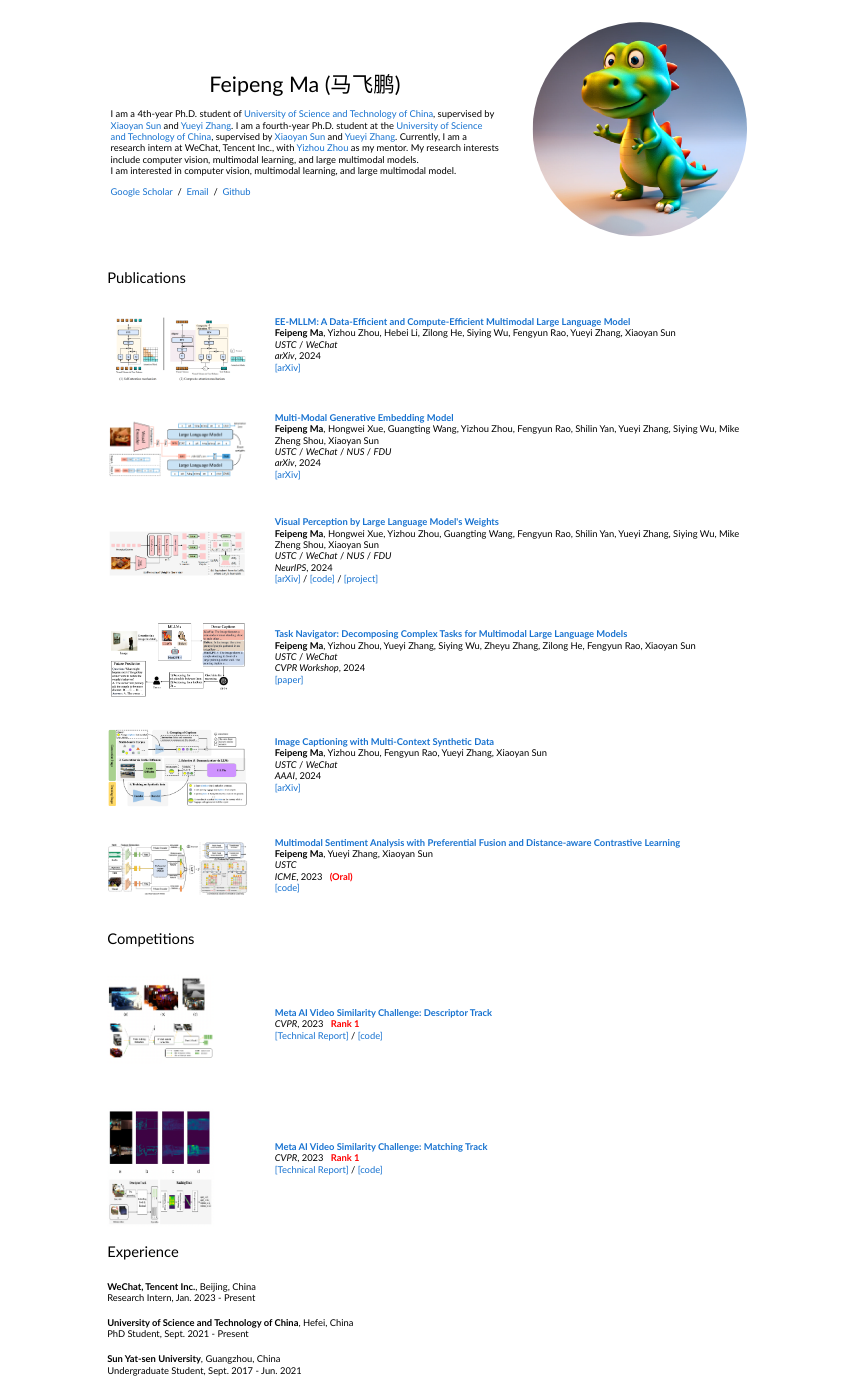
Repository: FeipengMa6/FeipengMa6.github.io
Page: index.html
These files come from the project's save history. The page is drawn as it stood at one moment and after a run of saves; the edit follows.
The browser window is 1280 px wide. The pictures show the whole page, at 67% of full size.

Above is the page before, as saved 2024-10-11 17:57:37.

### index.html
<!DOCTYPE HTML>
<html lang="en">
  <head>
    <meta http-equiv="Content-Type" content="text/html; charset=UTF-8">
    <title>Feipeng Ma</title>
    <meta name="viewport" content="width=device-width, initial-scale=1">
    <link rel="stylesheet" type="text/css" href="stylesheet.css">
  </head>

  <body>
    <table style="width:100%;max-width:1000px;border:0px;border-spacing:0px;border-collapse:separate;margin-right:auto;margin-left:auto;"><tbody>
      <tr style="padding:0px">
        <td style="padding:0px">
          <table style="width:100%;border:0px;border-spacing:0px;border-collapse:separate;margin-right:auto;margin-left:auto;"><tbody>
            <tr style="padding:0px">
              <td style="padding:2.5%;width:63%;vertical-align:middle">
                <p class="name" style="text-align: center;">
                  Feipeng Ma (马飞鹏)
                </p>
                <p>
                I am a 4th-year Ph.D. student of <a href="https://en.ustc.edu.cn/">University of Science and Technology of China</a>, supervised by <a href="https://scholar.google.com/citations?user=VRG3dw4AAAAJ&hl=zh-CN">Xiaoyan Sun</a> and <a href="https://scholar.google.com/citations?user=LatWlFAAAAAJ&hl=zh-CN&oi=ao">Yueyi Zhang</a>.
                I am a fourth-year Ph.D. student at the <a href="https://en.ustc.edu.cn/">University of Science and Technology of China</a>, supervised by <a href="https://scholar.google.com/citations?user=VRG3dw4AAAAJ&hl=zh-CN">Xiaoyan Sun</a> and <a href="https://scholar.google.com/citations?user=LatWlFAAAAAJ&hl=zh-CN&oi=ao">Yueyi Zhang</a>. Currently, I am a research intern at WeChat, Tencent Inc., with <a href="https://scholar.google.com/citations?user=dHBNmSkAAAAJ&hl=zh-CN&oi=ao">Yizhou Zhou</a> as my mentor. My research interests include computer vision, multimodal learning, and large multimodal models.
                <br>
                I am interested in computer vision, multimodal learning, and large multimodal model.
                </p>
                <p style="text-align:left">
                  <a href="https://scholar.google.com/citations?user=ZDxabCwAAAAJ&hl=zh-CN&oi=ao">Google Scholar</a> &nbsp;/&nbsp;
                  <a href="mafp@mail.ustc.edu.cn">Email</a> &nbsp;/&nbsp;
                  <a href="https://github.com/FeipengMa6/">Github</a>
                </p>
              </td>
              <td style="padding:2.5%;width:40%;max-width:40%">
                <a href="images/feipengma.jpeg"><img style="width:100%;max-width:100%;object-fit: cover; border-radius: 50%;" alt="profile photo" src="images/dino.png" class="hoverZoomLink"></a>
              </td>
            </tr>
          </tbody></table>
          <table style="width:100%;border:0px;border-spacing:0px;border-collapse:separate;margin-right:auto;margin-left:auto;"><tbody>
              <tr>
              <td style="padding:20px;width:100%;vertical-align:middle">
                <h2>Publications</h2>
              </td>
            </tr>
          </tbody></table>
          <table style="width:100%;border:0px;border-spacing:0px;border-collapse:separate;margin-right:auto;margin-left:auto;"><tbody>

    <!-- EE-MLLM -->
    <tr>
      <td style="padding:20px;width:25%;vertical-align:middle">
        <div class="one;">
          <img src='images/EE-MLLM.png' width=100%; height="auto">
        </div>
      </td>
      <td style="padding:20px;width:75%;vertical-align:middle">
        <a href="https://arxiv.org/pdf/2408.11795">
          <span class="papertitle">EE-MLLM: A Data-Efficient and Compute-Efficient Multimodal Large Language Model</span>
        </a>
        <br>
        <strong>Feipeng Ma</strong>,
        Yizhou Zhou, Hebei Li, Zilong He, Siying Wu,
        Fengyun Rao, Yueyi Zhang, Xiaoyan Sun
        <br>
        <em>USTC</em> / <em>WeChat</em>
        <br>
        <em>arXiv</em>, 2024
        <br>
        <a href="https://arxiv.org/pdf/2408.11795">[arXiv]</a>
        <p></p>
      </td>
    </tr>

    <!-- MM-GEM -->
    <tr>
      <td style="padding:20px;width:25%;vertical-align:middle">
        <div class="one;">
          <img src='images/mm-gem.png' width=100%; height="auto">
        </div>
      </td>
      <td style="padding:20px;width:75%;vertical-align:middle">
        <a href="https://arxiv.org/pdf/2405.19333">
          <span class="papertitle">Multi-Modal Generative Embedding Model</span>
        </a>
        <br>
        <strong>Feipeng Ma</strong>,
        Hongwei Xue, Guangting Wang, Yizhou Zhou, Fengyun Rao, Shilin Yan, Yueyi Zhang, Siying Wu, Mike Zheng Shou, Xiaoyan Sun
        <br>
        <em>USTC</em> / <em>WeChat</em> / <em>NUS</em> / <em>FDU</em>
        <br>
        <em>arXiv</em>, 2024
        <br>
        <a href="https://arxiv.org/pdf/2405.19333">[arXiv]</a>
        <p></p>
      </td>
    </tr>

    <!-- VLoRA -->
    <tr>
      <td style="padding:20px;width:25%;vertical-align:middle">
        <div class="one;">
          <img src='images/vlora.png' width=100%; height="auto">
        </div>
      </td>
      <td style="padding:20px;width:75%;vertical-align:middle">
        <a href="https://arxiv.org/pdf/2405.20339">
          <span class="papertitle">Visual Perception by Large Language Model's Weights</span>
        </a>
        <br>
        <strong>Feipeng Ma</strong>,
        Hongwei Xue, Yizhou Zhou, Guangting Wang, Fengyun Rao, Shilin Yan, Yueyi Zhang, Siying Wu, Mike Zheng Shou, Xiaoyan Sun
        <br>
        <em>USTC</em> / <em>WeChat</em> / <em>NUS</em> / <em>FDU</em>
        <br>
        <em>NeurIPS</em>, 2024
        <br>
        <a href="https://arxiv.org/pdf/2405.20339">[arXiv]</a>
        /
        <a href="https://github.com/FeipengMa6/VLoRA">[code]</a>
        /
        <a href="https://feipengma6.github.io/vlora">[project]</a>
        <p></p>
      </td>
    </tr>

    <!-- Task Navigator -->
    <tr>
      <td style="padding:20px;width:25%;vertical-align:middle">
        <div class="one;">
          <img src='images/task-navigator.png' width=100%; height="auto">
        </div>
      </td>
      <td style="padding:20px;width:75%;vertical-align:middle">
        <a href="https://arxiv.org/pdf/2305.18072.pdf">
          <span class="papertitle">Task Navigator: Decomposing Complex Tasks for Multimodal Large Language Models</span>
        </a>
        <br>
        <strong>Feipeng Ma</strong>,
        Yizhou Zhou, Yueyi Zhang, Siying Wu, Zheyu Zhang, Zilong He, Fengyun Rao, Xiaoyan Sun
        <br>
        <em>USTC</em> / <em>WeChat</em>
        <br>
        <em>CVPR Workshop</em>, 2024
        <br>
        <a href="https://openaccess.thecvf.com/content/CVPR2024W/MAR/papers/Ma_Task_Navigator_Decomposing_Complex_Tasks_for_Multimodal_Large_Language_Models_CVPRW_2024_paper.pdf">[paper]</a>
        <p></p>
      </td>
    </tr>

    <!-- ICSD -->
    <tr>
      <td style="padding:20px;width:25%;vertical-align:middle">
        <div class="one;">
          <img src='images/ICSD.png' width=100%; height="auto">
        </div>
      </td>
      <td style="padding:20px;width:75%;vertical-align:middle">
        <a href="https://arxiv.org/pdf/2305.18072.pdf">
          <span class="papertitle">Image Captioning with Multi-Context Synthetic Data</span>
        </a>
        <br>
        <strong>Feipeng Ma</strong>,
        Yizhou Zhou, Fengyun Rao, Yueyi Zhang, Xiaoyan Sun
        <br>
        <em>USTC</em> / <em>WeChat</em>
        <br>
        <em>AAAI</em>, 2024
        <br>
        <a href="https://arxiv.org/abs/2312.07541">[arXiv]</a>

        <p></p>
        <!-- <p>
          We propose a pipeline called ICSD that generates multi-context training data by combining LLMs and diffusion
          models for image captioning.
        </p> -->
      </td>
    </tr>

    <!-- PriSA -->
    <tr>
      <td style="padding:20px;width:25%;vertical-align:middle">
        <div class="one;">
          <img src='images/PriSA.png' width="100%"; height="auto">
        </div>
      </td>
      <td style="padding:20px;width:75%;vertical-align:middle">
        <a href="https://arxiv.org/abs/2006.04902">
          <span class="papertitle">Multimodal Sentiment Analysis with Preferential Fusion and Distance-aware Contrastive Learning</span>
        </a>
        <br>
        <strong>Feipeng Ma</strong>,
        Yueyi Zhang, Xiaoyan Sun
        <br>
        <em>USTC</em>
        <br>
        <em>ICME</em>, 2023 &nbsp <font color="red"><strong>(Oral)</strong></font>
        <br>
        <a href="https://github.com/FeipengMa6/PriSA">[code]</a>
        <br>
        <p></p>
        <p>
          <!-- We address the issue that an excessive reliance on the text modality may lead to the learning of false correlations between textual tokens and sentiment labels, resulting in errors in sentiment analysis. -->
        </p>
      </td>
    </tr>



    <table style="width:100%;border:0px;border-spacing:0px;border-collapse:separate;margin-right:auto;margin-left:auto;"><tbody>
      <tr>
      <td style="padding:20px;width:100%;vertical-align:middle">
        <h2>Competitions</h2>
      </td>
    </tr>
  </tbody></table>
  <table style="width:100%;border:0px;border-spacing:0px;border-collapse:separate;margin-right:auto;margin-left:auto;"><tbody>

    <tr>
      <td style="padding:20px;width:25%;vertical-align:middle">
        <div class="one">
            <img src='images/VSC_Descriptor.png' width="100%"; height="auto"></div>
      </td>
      <td style="padding:20px;width:75%;vertical-align:middle">
        <a href="https://arxiv.org/abs/2006.04902">
          <span class="papertitle">Meta AI Video Similarity Challenge: Descriptor Track</span>
        </a>


        <br>
        <em>CVPR</em>, 2023 &nbsp <font color="red"><strong>Rank 1</strong></font>
        <br>
        <a href="https://arxiv.org/pdf/2305.12361.pdf">[Technical Report]</a>
        /
        <a href="https://github.com/FeipengMa6/VSC22-Submission">[code]</a>
        <!-- / -->
        <!-- <a href="https://www.youtube.com/watch?v=zhO8iUBpnCc">video</a> -->
        <br>
        <p></p>

      </td>
    </tr>


    <tr>
      <td style="padding:20px;width:25%;vertical-align:middle">
        <div class="one">
            <img src='images/VSC_Matching.png' width="100%"; height="auto"></div>
      </td>
      <td style="padding:20px;width:75%;vertical-align:middle">
        <a href="https://arxiv.org/abs/2006.04902">
          <span class="papertitle">Meta AI Video Similarity Challenge: Matching Track</span>
        </a>


        <br>
        <em>CVPR</em>, 2023 &nbsp <font color="red"><strong>Rank 1</strong></font>
        <br>
        <a href="https://arxiv.org/pdf/2305.15679.pdf">[Technical Report]</a>
        /
        <a href="https://github.com/FeipengMa6/VSC22-Submission">[code]</a>
        <!-- / -->
        <!-- <a href="https://www.youtube.com/watch?v=zhO8iUBpnCc">video</a> -->
        <br>
        <p></p>

      </td>
    </tr>

    <table style="width:100%;border:0px;border-spacing:0px;border-collapse:separate;margin-right:auto;margin-left:auto;"><tbody></tbody>
      <tr>
      <td style="padding:20px;width:100%;vertical-align:middle">
        <h2>Experience</h2>
      </td>
    </tr>
  </tbody></table>
  <table style="width:100%;border:0px;border-spacing:0px;border-collapse:separate;margin-right:auto;margin-left:auto;"><tbody>

  <tr>
    <td style="padding:10px 20px;vertical-align:middle">
      <strong>WeChat, Tencent Inc.</strong>, Beijing, China
      <br>
      Research Intern, Jan. 2023 - Present
    </td>
  </tr>

  <tr></tr>
    <td style="padding:10px 20px;vertical-align:middle">
      <strong>University of Science and Technology of China</strong>, Hefei, China
      <br>
      PhD Student, Sept. 2021 - Present
    </td>
  </tr>

  <tr></tr>
    <td style="padding:10px 20px;vertical-align:middle">
      <strong>Sun Yat-sen University</strong>, Guangzhou, China
      <br>
      Undergraduate Student, Sept. 2017 - Jun. 2021
    </td>
  </tr>

### stylesheet.css
/* latin-ext */
@font-face {
  font-family: 'Lato';
  font-style: italic;
  font-weight: 400;
  src: local('Lato Italic'), local('Lato-Italic'), url(https://fonts.gstatic.com/s/lato/v15/S6u8w4BMUTPHjxsAUi-qNiXg7eU0.woff2) format('woff2');
  unicode-range: U+0100-024F, U+0259, U+1E00-1EFF, U+2020, U+20A0-20AB, U+20AD-20CF, U+2113, U+2C60-2C7F, U+A720-A7FF;
}
/* latin */
@font-face {
  font-family: 'Lato';
  font-style: italic;
  font-weight: 400;
  src: local('Lato Italic'), local('Lato-Italic'), url(https://fonts.gstatic.com/s/lato/v15/S6u8w4BMUTPHjxsAXC-qNiXg7Q.woff2) format('woff2');
  unicode-range: U+0000-00FF, U+0131, U+0152-0153, U+02BB-02BC, U+02C6, U+02DA, U+02DC, U+2000-206F, U+2074, U+20AC, U+2122, U+2191, U+2193, U+2212, U+2215, U+FEFF, U+FFFD;
}
/* latin-ext */
@font-face {
  font-family: 'Lato';
  font-style: italic;
  font-weight: 700;
  src: local('Lato Bold Italic'), local('Lato-BoldItalic'), url(https://fonts.gstatic.com/s/lato/v15/S6u_w4BMUTPHjxsI5wq_FQftx9897sxZ.woff2) format('woff2');
  unicode-range: U+0100-024F, U+0259, U+1E00-1EFF, U+2020, U+20A0-20AB, U+20AD-20CF, U+2113, U+2C60-2C7F, U+A720-A7FF;
}
/* latin */
@font-face {
  font-family: 'Lato';
  font-style: italic;
  font-weight: 700;
  src: local('Lato Bold Italic'), local('Lato-BoldItalic'), url(https://fonts.gstatic.com/s/lato/v15/S6u_w4BMUTPHjxsI5wq_Gwftx9897g.woff2) format('woff2');
  unicode-range: U+0000-00FF, U+0131, U+0152-0153, U+02BB-02BC, U+02C6, U+02DA, U+02DC, U+2000-206F, U+2074, U+20AC, U+2122, U+2191, U+2193, U+2212, U+2215, U+FEFF, U+FFFD;
}
/* latin-ext */
@font-face {
  font-family: 'Lato';
  font-style: normal;
  font-weight: 400;
  src: local('Lato Regular'), local('Lato-Regular'), url(https://fonts.gstatic.com/s/lato/v15/S6uyw4BMUTPHjxAwXiWtFCfQ7A.woff2) format('woff2');
  unicode-range: U+0100-024F, U+0259, U+1E00-1EFF, U+2020, U+20A0-20AB, U+20AD-20CF, U+2113, U+2C60-2C7F, U+A720-A7FF;
}
/* latin */
@font-face {
  font-family: 'Lato';
  font-style: normal;
  font-weight: 400;
  src: local('Lato Regular'), local('Lato-Regular'), url(https://fonts.gstatic.com/s/lato/v15/S6uyw4BMUTPHjx4wXiWtFCc.woff2) format('woff2');
  unicode-range: U+0000-00FF, U+0131, U+0152-0153, U+02BB-02BC, U+02C6, U+02DA, U+02DC, U+2000-206F, U+2074, U+20AC, U+2122, U+2191, U+2193, U+2212, U+2215, U+FEFF, U+FFFD;
}
/* latin-ext */
@font-face {
  font-family: 'Lato';
  font-style: normal;
  font-weight: 700;
  src: local('Lato Bold'), local('Lato-Bold'), url(https://fonts.gstatic.com/s/lato/v15/S6u9w4BMUTPHh6UVSwaPGQ3q5d0N7w.woff2) format('woff2');
  unicode-range: U+0100-024F, U+0259, U+1E00-1EFF, U+2020, U+20A0-20AB, U+20AD-20CF, U+2113, U+2C60-2C7F, U+A720-A7FF;
}
/* latin */
@font-face {
  font-family: 'Lato';
  font-style: normal;
  font-weight: 700;
  src: local('Lato Bold'), local('Lato-Bold'), url(https://fonts.gstatic.com/s/lato/v15/S6u9w4BMUTPHh6UVSwiPGQ3q5d0.woff2) format('woff2');
  unicode-range: U+0000-00FF, U+0131, U+0152-0153, U+02BB-02BC, U+02C6, U+02DA, U+02DC, U+2000-206F, U+2074, U+20AC, U+2122, U+2191, U+2193, U+2212, U+2215, U+FEFF, U+FFFD;
}

a {
  color: #1772d0;
  text-decoration: none;
}

a:focus,
a:hover {
  color: #f09228;
  text-decoration: none;
}

body,
td,
th,
tr,
p,
a {
  font-family: 'Lato', Verdana, Helvetica, sans-serif;
  font-size: 14px;
}

strong {
  font-family: 'Lato', Verdana, Helvetica, sans-serif;
  font-size: 14px;
}

h2 {
  margin: 0;
  font-weight: normal;
  font-family: 'Lato', Verdana, Helvetica, sans-serif;
  font-size: 22px;
}

.papertitle {
  font-family: 'Lato', Verdana, Helvetica, sans-serif;
  font-size: 14px;
  font-weight: 700;
}

.name {
  padding-top: 20px;
  margin: 0;
  font-family: 'Lato', Verdana, Helvetica, sans-serif;
  font-size: 32px;
}

.one {
  width: 160px;
  height: 160px;
  position: relative;
}

.two {
  width: 160px;
  height: 160px;
  position: absolute;
  transition: opacity .2s ease-in-out;
  -moz-transition: opacity .2s ease-in-out;
  -webkit-transition: opacity .2s ease-in-out;
}

.fade {
  transition: opacity .2s ease-in-out;
  -moz-transition: opacity .2s ease-in-out;
  -webkit-transition: opacity .2s ease-in-out;
}

span.highlight {
  background-color: #ffffd0;
}

After the next 2 saves:
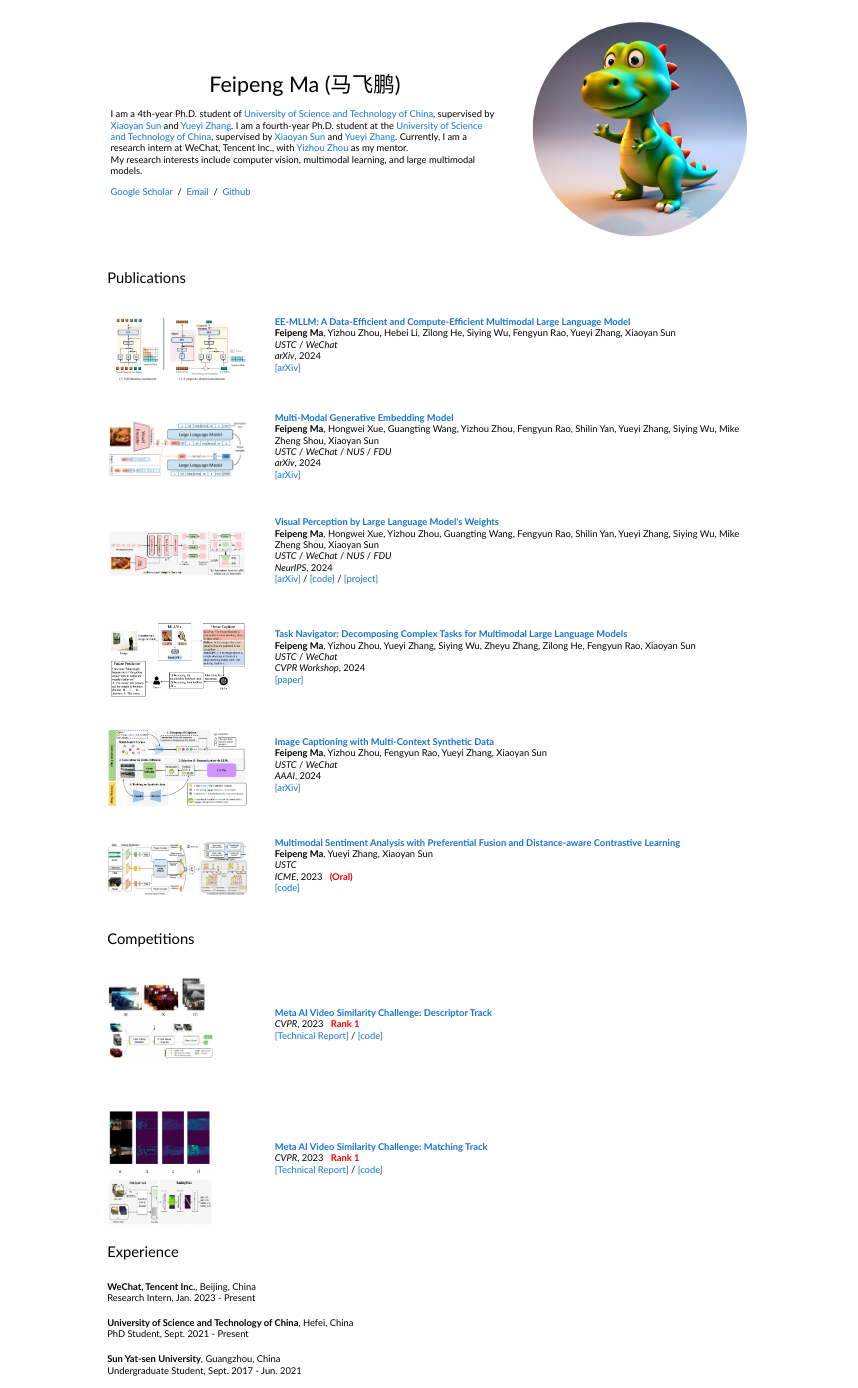
The 2 saves are shown as one change because they came seconds apart.
The last was saved 9 s later.
--- a/index.html
+++ b/index.html
@@ -19,9 +19,9 @@
                 </p>
                 <p>
                 I am a 4th-year Ph.D. student of <a href="https://en.ustc.edu.cn/">University of Science and Technology of China</a>, supervised by <a href="https://scholar.google.com/citations?user=VRG3dw4AAAAJ&hl=zh-CN">Xiaoyan Sun</a> and <a href="https://scholar.google.com/citations?user=LatWlFAAAAAJ&hl=zh-CN&oi=ao">Yueyi Zhang</a>.
-                I am a fourth-year Ph.D. student at the <a href="https://en.ustc.edu.cn/">University of Science and Technology of China</a>, supervised by <a href="https://scholar.google.com/citations?user=VRG3dw4AAAAJ&hl=zh-CN">Xiaoyan Sun</a> and <a href="https://scholar.google.com/citations?user=LatWlFAAAAAJ&hl=zh-CN&oi=ao">Yueyi Zhang</a>. Currently, I am a research intern at WeChat, Tencent Inc., with <a href="https://scholar.google.com/citations?user=dHBNmSkAAAAJ&hl=zh-CN&oi=ao">Yizhou Zhou</a> as my mentor. My research interests include computer vision, multimodal learning, and large multimodal models.
+                I am a fourth-year Ph.D. student at the <a href="https://en.ustc.edu.cn/">University of Science and Technology of China</a>, supervised by <a href="https://scholar.google.com/citations?user=VRG3dw4AAAAJ&hl=zh-CN">Xiaoyan Sun</a> and <a href="https://scholar.google.com/citations?user=LatWlFAAAAAJ&hl=zh-CN&oi=ao">Yueyi Zhang</a>. Currently, I am a research intern at WeChat, Tencent Inc., with <a href="https://scholar.google.com/citations?user=dHBNmSkAAAAJ&hl=zh-CN&oi=ao">Yizhou Zhou</a> as my mentor.
                 <br>
-                I am interested in computer vision, multimodal learning, and large multimodal model.
+                My research interests include computer vision, multimodal learning, and large multimodal models.
                 </p>
                 <p style="text-align:left">
                   <a href="https://scholar.google.com/citations?user=ZDxabCwAAAAJ&hl=zh-CN&oi=ao">Google Scholar</a> &nbsp;/&nbsp;
